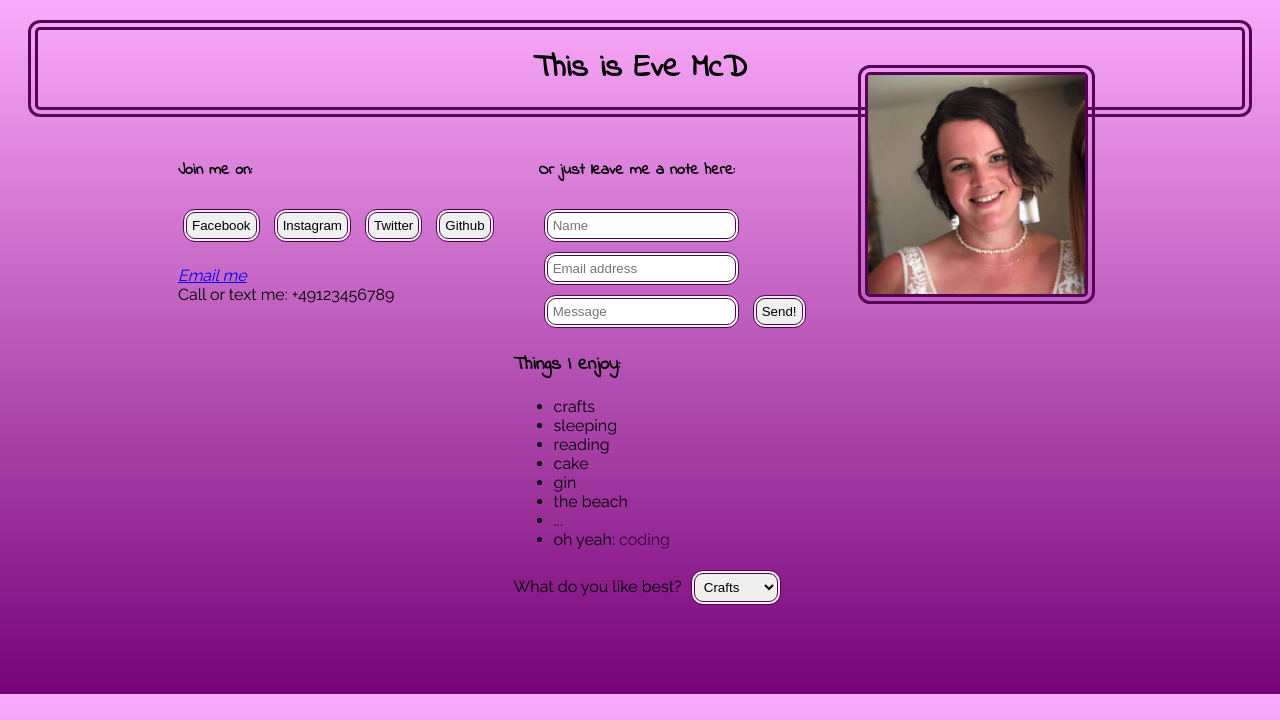
Repository: evemcd/Strive-Ignite-W1
Page: index.html
The author's editor kept a copy of each file at every save. The page is drawn from the files as they stood at one save, then again after the next save.
The browser window is 1280 px wide. The pictures show the whole page.

Above is the page before, as saved 2021-01-17 22:53:48.

After the next save:
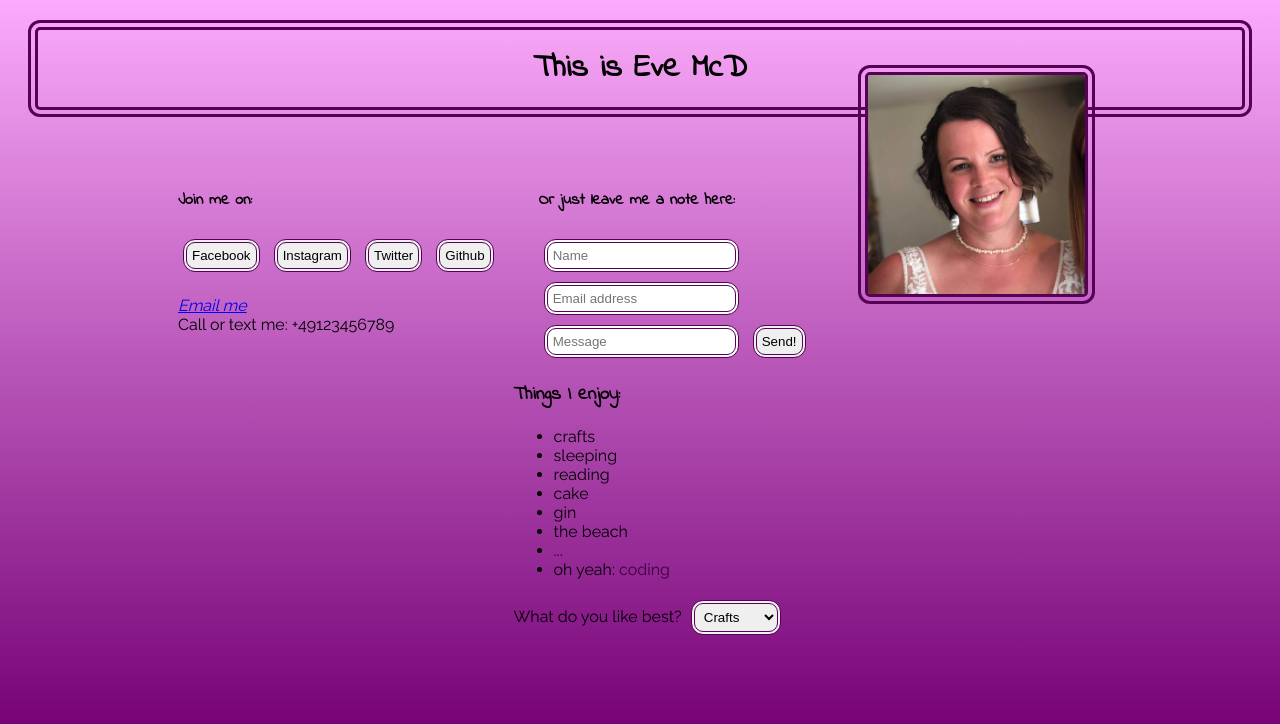
Saved 30 s later.
--- a/styles.css
+++ b/styles.css
@@ -16,7 +16,7 @@ body {
     flex-flow: column wrap;
     flex-direction: row;
     justify-content: flex-start;
-    margin-left: 150px;
+    margin: 50px 0px 0px 150px;
 }
 
 h1 {
